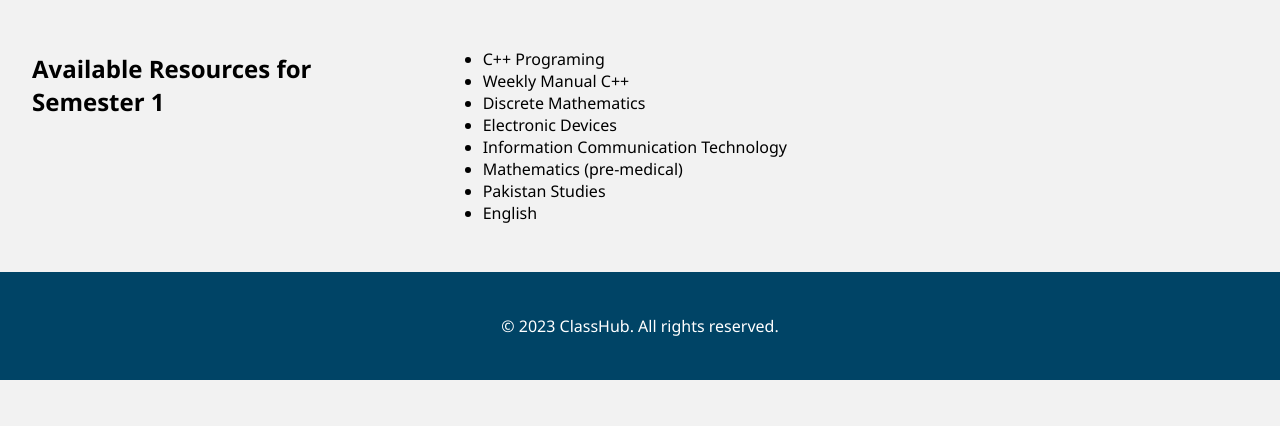
Repository: MariamSawera/eduNova
Page: semester1.html
An editor plug-in stored every save of this project. The page is shown before and after the next save, followed by the edit.
The browser window is 1280 px wide. The pictures show the part of the page from y = 294 to 831 px (the page is 720 px tall before and 831 px after).

Above is the page before, as saved 2025-07-21 21:17:00.

After the next save:
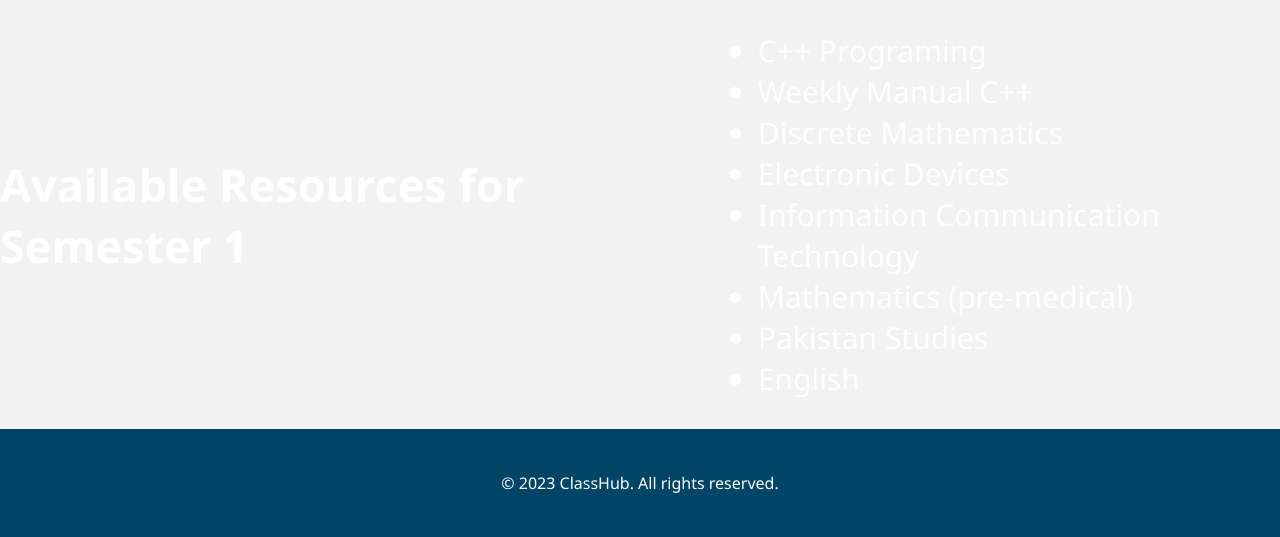
Saved 21 s later.
--- a/semester1.html
+++ b/semester1.html
@@ -28,7 +28,7 @@
     </div>
 
     <!-- Resources Section -->
-    <div class="resources quick-links">
+    <div class="resources link-card">
         <h2>Available Resources for Semester 1</h2>
         <ul>
         <li><a href="https://drive.google.com/drive/folders/107JqVOv88Fd92JowXaY-PRxd7YaUVjqE?usp=drive_link" target="_blank">C++ Programing</a></li>
